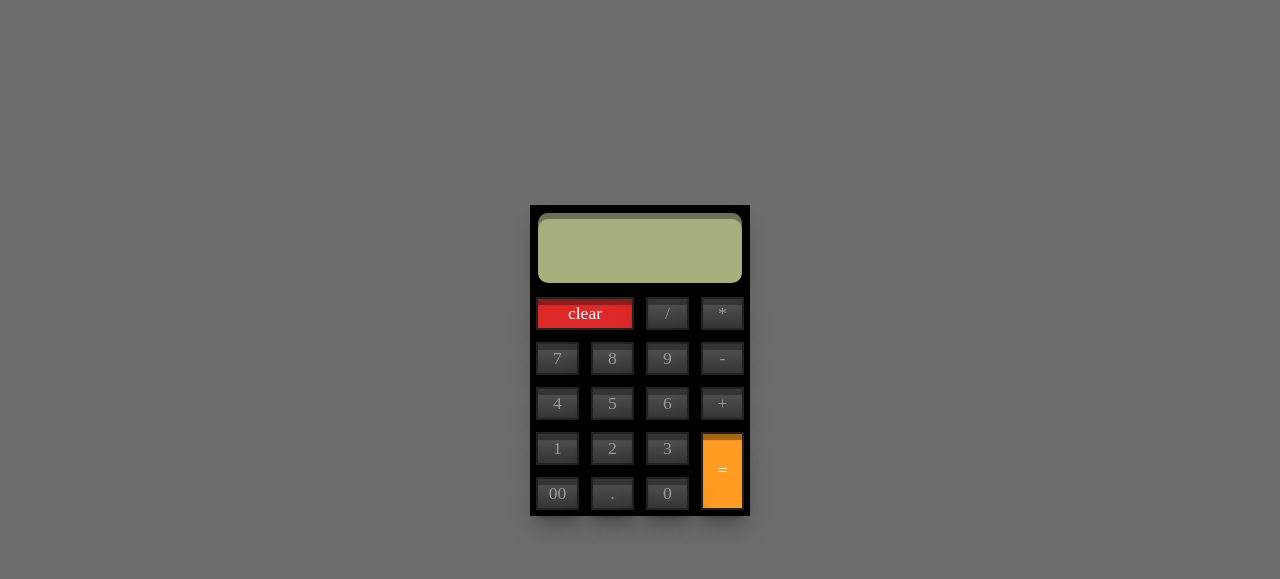
Repository: JunaidAnsari202/calculator
Page: index.html
An editor plug-in stored every save of this project. The page is shown before and after a run of saves, followed by the edit.
The browser window is 1280 px wide. The pictures show the whole page.

Above is the page before, as saved 2023-10-28 15:04:10.

After the next 3 saves:
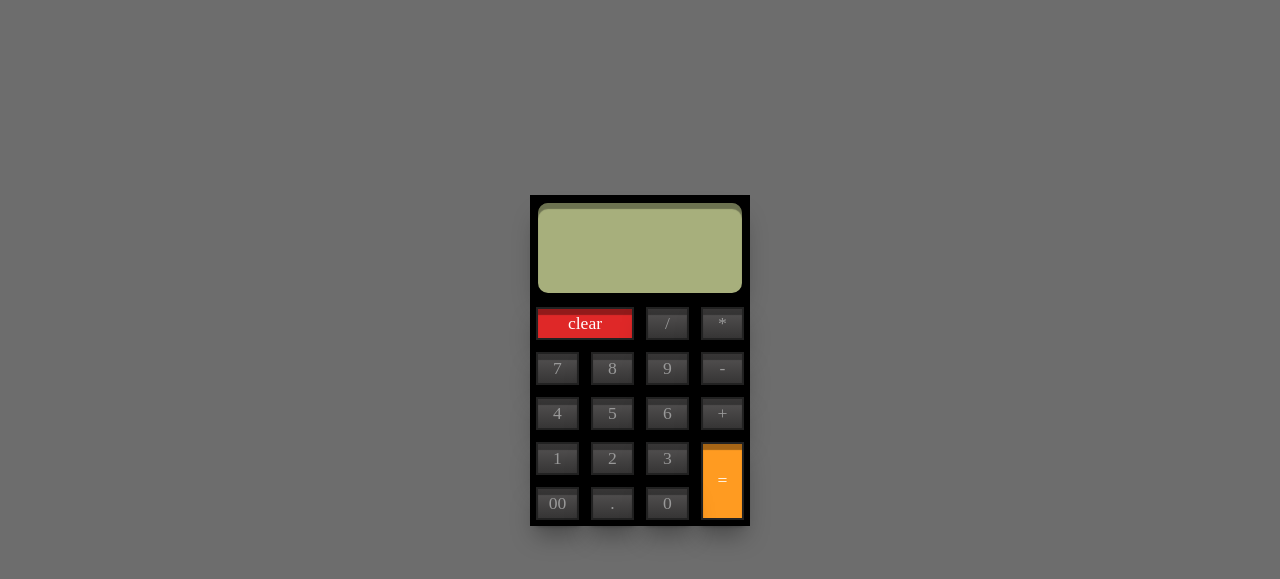
The 3 saves are shown as one change because they came seconds apart.
The last was saved 14 s later.
--- a/style.css
+++ b/style.css
@@ -35,7 +35,7 @@ body{
     position: relative;
     margin: 8px;
     grid-column: span 4;
-    height: 70px;
+    height: 90px;
     line-height: 100px;
     padding: 0 5px ;
     border-radius: 10px;
